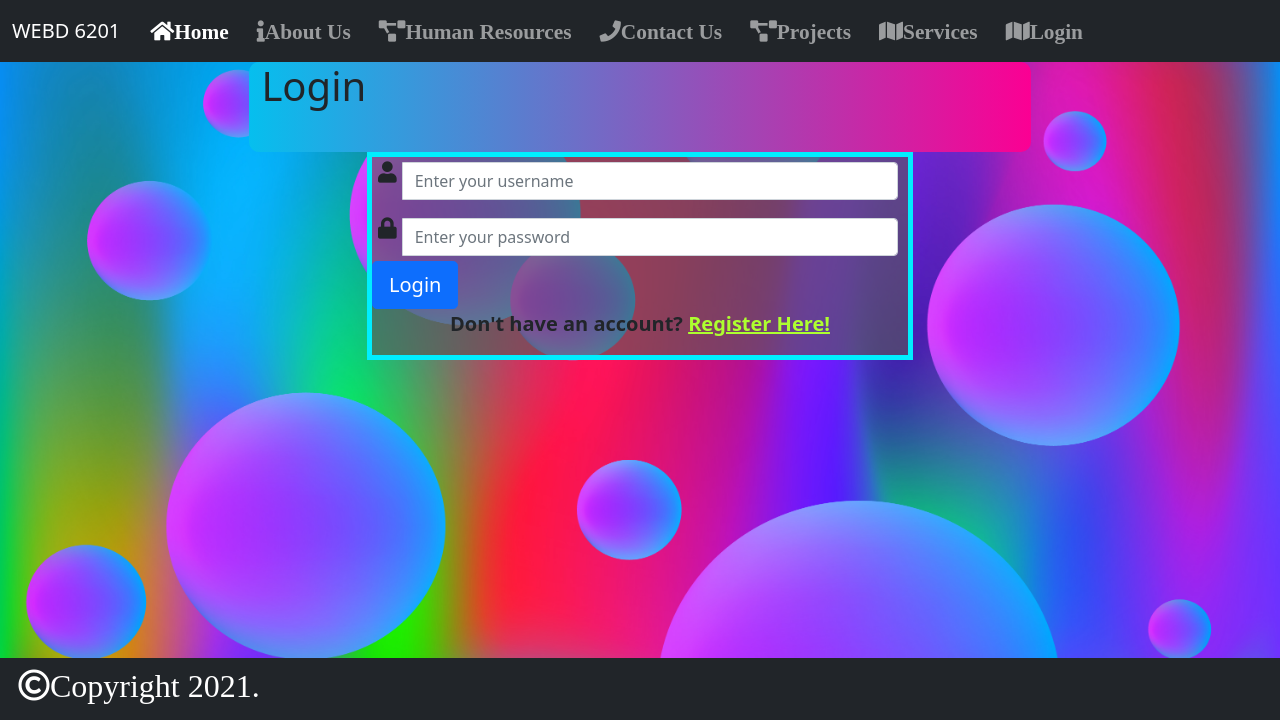
Repository: vans12345678/WEBD6201-W2021-Lab2
Page: login.html
An editor plug-in stored every save of this project. The page is shown before and after the next save, followed by the edit.
The browser window is 1280 px wide. The pictures show the whole page.

Above is the page before, as saved 2021-02-25 15:48:49.

### login.html
<!DOCTYPE html>
<html lang="en">
<head>
    <meta charset="UTF-8">
    <meta name="viewport" content="width=device-width, initial-scale=1.0">
    <title>Login</title>
    <!-- CSS Section -->
    <link rel="stylesheet" href="./node_modules/bootstrap/dist/css/bootstrap.min.css">
    <link rel="stylesheet" href="./node_modules/@fortawesome/fontawesome-free/css/all.min.css">
    <link rel="stylesheet" href="./Content/app.css">
</head>
<body class ="Vapor">
    <!-- Main Header -->
    <header>
        <!-- Main Navigation -->
        <nav class="navbar navbar-expand-lg navbar-dark bg-dark">
            <div class="container-fluid">
                <a id ="navHome" class="navbar-brand" href="index.html"></a>
                <button class="navbar-toggler" type="button" data-bs-toggle="collapse" data-bs-target="#navbarSupportedContent" aria-controls="navbarSupportedContent" aria-expanded="false" aria-label="Toggle navigation">
                  <span class="navbar-toggler-icon"></span>
                </button>
                <div class="collapse navbar-collapse" id="navbarSupportedContent">
                  <ul id = "ulNav" class="navbar-nav me-auto mb-2 mb-lg-0">
                    <li class="nav-item">
                      <a  class="nav-link active" aria-current="page" href="index.html"><i id ="navIndex"class = "fas fa-home fa-lg"></i></a>
                    </li>
                    <li class="nav-item" id ="navAbout">
                      <a  class="nav-link " aria-current="page" href="about.html"><i id ="navAboutItem"class = "fas fa-info fa-lg"></i></a>
                    </li>
                    <li class="nav-item">
                      <a  class="nav-link " aria-current="page" href="contact.html"><i id ="navContact"class = "fas fa-phone fa-lg"></i></a>
                    </li>
                    <li class="nav-item">
                      <a  class="nav-link" aria-current="page" href="projects.html"><i id ="navProjects" class ="fas fa-project-diagram fa-lg">Products</i></a>
                    </li>
                    <li class="nav-item">
                      <a  class="nav-link " aria-current="page" href="services.html"><i id ="navServices"class = "fas fa-map fa-lg"></i></a>
                    </li>
                    <li class="nav-item">
                      <a  class="nav-link " aria-current="page" href="login.html"><i id ="navLogin"class = "fas fa-map fa-lg"></i></a>
                    </li>
                  </ul>
                </div>
              </div>
          </nav>
    </header>

    <!-- Main Content -->
    <main class="container" id="mainContent">
        <h1 class = "container">Login</h1>
      <div class="row">
          <div class="offset-md-3 col-md-6 col-sm-4">
                <div class="login" id="contentArea"></div>
                    <div id = "messageArea"></div>
                    <form class = "fromBackground" id="loginForm" novalidate>
                      <div class="form-group mb-2">
                        <div class="input-group">
                          <span class="input-group-addon">
                            <i class="fa fa-user fa-lg">
                            </i>
                          </span>
                          <input type="text" class="form-control inputMargin" id="username" name="username"  required
                          value="" placeholder="Enter your username">
                        </div>
                      </div>
                      <div class="form-group">
                        <div class="input-group">
                          <span class="input-group-addon">
                            <i class="fa fa-lock fa-lg">
                            </i>
                          </span>
                          <input type="password" class="form-control inputMargin" id="password" name="password"  required
                          value="" placeholder="Enter your password">
                        </div>
                      </div>
                      <div class="text-right">
                        <button id="submitButton" type="submit" class="btn btn-primary btn-lg">Login</button>
                      </div>
                      <p class="text-center fs-5 fw-bold">
                        Don't have an account?
                        <a href="register.html">Register Here!</a>
                    </p>
                    </form>
                </div>

          </div>
      </div>
  </main>

    <!-- Main Footer -->
    <footer>
        <nav class="navbar fixed-bottom navbar-dark bg-dark">
            <div class="container-fluid">
                <h4><i id = "footer" class="far fa-copyright fa-lg site-footer"></i></h4>
            </div>
          </nav>
    </footer>
    <!-- Script Section -->
    <script src="./node_modules/jquery/dist/jquery.min.js"></script>
    <script src="./node_modules/bootstrap/dist/js/bootstrap.bundle.min.js"></script>
    <script src="./Scripts/app.js"></script>
</body>
</html>

### Content/app.css
/* custom css goes here */
.Vapor {
    background-image: url('../images/vapor.jpg');
    background-repeat: no-repeat;
    background-attachment: fixed;
    background-size: 100% 100%;
  }
  a {
    color: greenyellow;
  }
  .textFont
  {
    font-family: Arial, Helvetica, sans-serif;
    line-height: 32px;
  }
  body
  {
    background-color: rgb(90, 90, 90);
  }
  h1.container{
    border-radius: 10px;
    width: 70%;
    height: 90px;
    margin: 0px auto;
    background: linear-gradient(90deg,#06bfee,#fb0093)
  }
  h1.projects{
    background-color: white;
  }
  .contact-table{
    width: 100%;
    margin:  50px auto;
    background-color: white;
  }
  .contact-form
  {
    width: 100%;
    margin:  100px auto;
  }
  .warnMessage
  {
    width: 90%;
    margin:  50px;
  }
  .site-footer {
    color:white;
  }
  .formMargin
  {
    margin: 35px 70px;
  }
  .inputMargin
  {
    margin: 5px 10px;
  }

  .fromBackground
  {
    background-color: #5a5a5aa1;
    border: 5px solid rgb(0, 238, 255);

  }
  i{
    margin:7px 6px;
  }

### Scripts/app.js
/************************************************************
 * Name: Andre Agrippa, Michai Pryce
 * Date: 01/20/2021
 * Description: This file adds functionality to the Home,
 * About Us, Human Resources, Contact Us, Projects and Services
 * pages.
 * Date Completed:
 */

"use strict";


(function(){

    /**
     * Display Nav bar function to display nav and footer
     */
    function DisplayNav()
    {
        let navTextElement = document.getElementById("navHome").textContent = "WEBD 6201";
        navTextElement = document.getElementById("navIndex").textContent = "Home";
        navTextElement = document.getElementById("navAboutItem").textContent = "About Us";

        let navAboutElement = document.getElementById("navAbout");
        let hrListItem = document.createElement("li");
        hrListItem.setAttribute("id", "liHumanResources");
        hrListItem.setAttribute("class", "nav-item");
        let navbar = document.getElementById("ulNav").appendChild(hrListItem);
        hrListItem.innerHTML = `<a class="nav-link" aria-current="page" href="human-resources.html">
        <i id ="navHumanResources" class ="fas fa-project-diagram fa-lg">Human Resources</i></a>`;
        if(document.title === "Human Resources"){
            hrListItem.innerHTML = `<a class="nav-link active" aria-current="page" href="human-resources.html">
            <i id ="navHumanResources" class ="fas fa-project-diagram fa-lg">Human Resources</i></a>`;
        }

        navAboutElement.after(hrListItem);

        navTextElement = document.getElementById("navContact").textContent = "Contact Us";
        navTextElement = document.getElementById("navProjects").textContent = "Projects";
        navTextElement = document.getElementById("navServices").textContent = "Services";
        navTextElement = document.getElementById("navLogin").textContent = "Login";
        navTextElement = document.getElementById("footer").textContent = "Copyright 2021.";
    }

    /**
     * Display home to display index page
     */
    function displayHome()
    {
        DisplayNav();
        let introText = "This is a simple site to demonstrate the about, contact, human resources, projects and services requirements for Lab 1 WEBD 6201 - Client Side Scripting";
        let titleText = "Welcome to WEBD 6201";

        let introTextElement = document.getElementById("indexTitle").textContent = titleText;
        introTextElement = document.getElementById("indexParagraph").textContent = introText;

    }
    /**
     * Display about to display about the creators
     */
    function displayAbout()
    {
        DisplayNav();

        //About Andre
        let aboutElement = document.getElementById("aboutTitle").textContent = "About Us";
        aboutElement = document.getElementById("aboutAText");
        aboutElement.innerHTML = `<h1>Andre Agrippa:</h1>
        <p class = "">I'm a 2nd year student at Durham College in the Computer Programming and Analysis program. I've been
        coding for several years now because I enjoy it and always looking to improve in this aspect.</p>
        <a class = "fa-lg" href="./resumes/andre_resume.pdf" download>Resume Download</a></br></br>
        <img src="./images/aa.jpg" alt="" style="width:500px;height:450px;">`;

        //About Michai
        aboutElement.innerHTML += `<h1>Michai Pryce:</h1>
        <p class = ""> Hello, I am in my final year in the Computer Programming Program at Durham College. I love
        to code and learn about the evergrowing advancements in technology. This is the demonstration for our first lab!
        </p>
        <a class = "fa-lg" href="./resumes/Copy_of_Resume.docx" download>Resume Download</a></br></br>
        <img src="./images/m.jpg" alt="" style="width:500px;height:450px;">`;

    }
    /**
     * Display top 3 projects page
     */
    function displayProjects()
    {
        DisplayNav();

        //Projects 1
        let projectsElement = document.getElementById("projectsTitle").textContent = "Projects";
        projectsElement = document.getElementById("projectsText").innerHTML =
        `<h3>Project One: COBOL Item List</h3>
        <p>This project reads records from a .dat file, performs calculations on the data then outputs it to a .out file neatly formatted.</p>
        <img src="./images/p1.png" alt="" style="width:800px;height:500px;">`;

        //Projects 2
        projectsElement = document.getElementById("projectsText").innerHTML +=
        `<h3>Project Two: C#, XAML, MDF  Preferred Shares and Common Shares</h3>
        <p>This project uses XAML for the windows form and a database to keep track of common and preferred shares.
        The database keeps track of how many shares(common/preferred) are  available and validation is applied.</p>
        <img src="./images/p2.png" alt="" style="width:800px;height:500px;">`;

        //Projects 3
        projectsElement = document.getElementById("projectsText").innerHTML +=
        `<h3>Project Three: ASP.NET and MVC Framework Animal Shelter</h3>
        <p>This project is a web application that keeps track of animals, owners, appointment and login info in a database.
        Relational database concepts are applied.</p>
        <img src="./images/p3.png" alt="" style="width:800px;height:500px;">`;

    }
    /**
     * Display top 3 services page
     */
    function displayServices()
    {
        DisplayNav();

        //Services 1
        let servicesElement = document.getElementById("servicesTitle").textContent = "Services";
        servicesElement = document.getElementById("servicesText").innerHTML =
        `<h3>Web Development:</h3>
        <p>We offer a variety of different web development (Front-end, Back-end, Databases). Languages (PHP, ASP.NET, JavaScript)</p>
        <img src="./images/s1.jpg" alt="" style="width:800px;height:500px;">`;

        //Services 2
        servicesElement = document.getElementById("servicesText").innerHTML +=
        `<h3>OOP Programming</h3>
        <p>We offer a variety of different Object Oriented Programming. We're experienced with C#, C++, Java etc.
        Whether it be windows forms applications, console applications GUI, etc.</p>
        <img src="./images/s2.png" alt="" style="width:800px;height:500px;">`;

        //Services 3
        servicesElement = document.getElementById("servicesText").innerHTML +=
        `<h3>Database Management System</h3>
        <p>It's been almost 3 years since we've had experience in database development. We've used software such as
        Microsoft SQL Server and PgAdmin4. Experienced with relational database concepts.</p>
        <img src="./images/s3.jpg" alt="" style="width:800px;height:500px;">`;


    }
    /**
     * Display contact form page
     */
    function displayContact()
    {
        DisplayNav();

        let messageArea = document.getElementById("messageArea");
        messageArea.hidden = true;

        //form validation
        let fullName = document.getElementById("fullName");
        fullName.addEventListener("blur", function()
        {
            if(fullName.value.length < 2)
            {
                fullName.focus();
                fullName.select();
                messageArea.hidden = false;
                messageArea.className = "alert alert-danger  ";
                messageArea.textContent = "Please enter an appropriate name > 2 characters";
            }
            else
            {
                messageArea.removeAttribute("class");
                messageArea.hidden = true;
            }
        });
            let sendButton = document.getElementById("sendButton");
            sendButton.addEventListener("click", function(event)
            {
                event.preventDefault();
                // //Displays twice?

                let contact = new Contact(fullName.value,contactNumber.value, emailAddress.value, shortMessage.value);

                console.log(contact.serialize());
                if(contact.serialize())
                {
                    localStorage.setItem((localStorage.length + 1).toString(),contact.serialize());

                    window.location.href = "index.html";
                }

            });

    }
    /**
     * Human resources page
     */
    function displayHumanResources()
    {
        DisplayNav();
    }
    function displayLogin()
    {
        DisplayNav();
    }
    function displayRegister()
    {
        DisplayNav();
    }

    /**
     * Start function, depending on document title will load specific page
     */
    function Start()
    {
        console.log("App Started...");

        //Based of title of html
        switch(document.title)
        {
            case "Index":
                displayHome();
                break;
            case "About Us":
                displayAbout();
                break;
            case "Projects":
                displayProjects();
                break;
            case "Services":
                displayServices();
                break;
            case "Contact Us":
                displayContact();
                break;
            case "Contact-List":
                displayContactList();
                break;
            case "Human Resources":
                displayHumanResources();
                break;
            case "Login":
                displayLogin();
                break;
            case "Register":
                displayRegister();
                break;
        }


    }

    window.addEventListener("load", Start);

})();

Loaded but not shown: node_modules/bootstrap/dist/css/bootstrap.min.css (library); node_modules/@fortawesome/fontawesome-free/css/all.min.css (library); node_modules/jquery/dist/jquery.min.js (library); node_modules/bootstrap/dist/js/bootstrap.bundle.min.js (library)

After the next save:
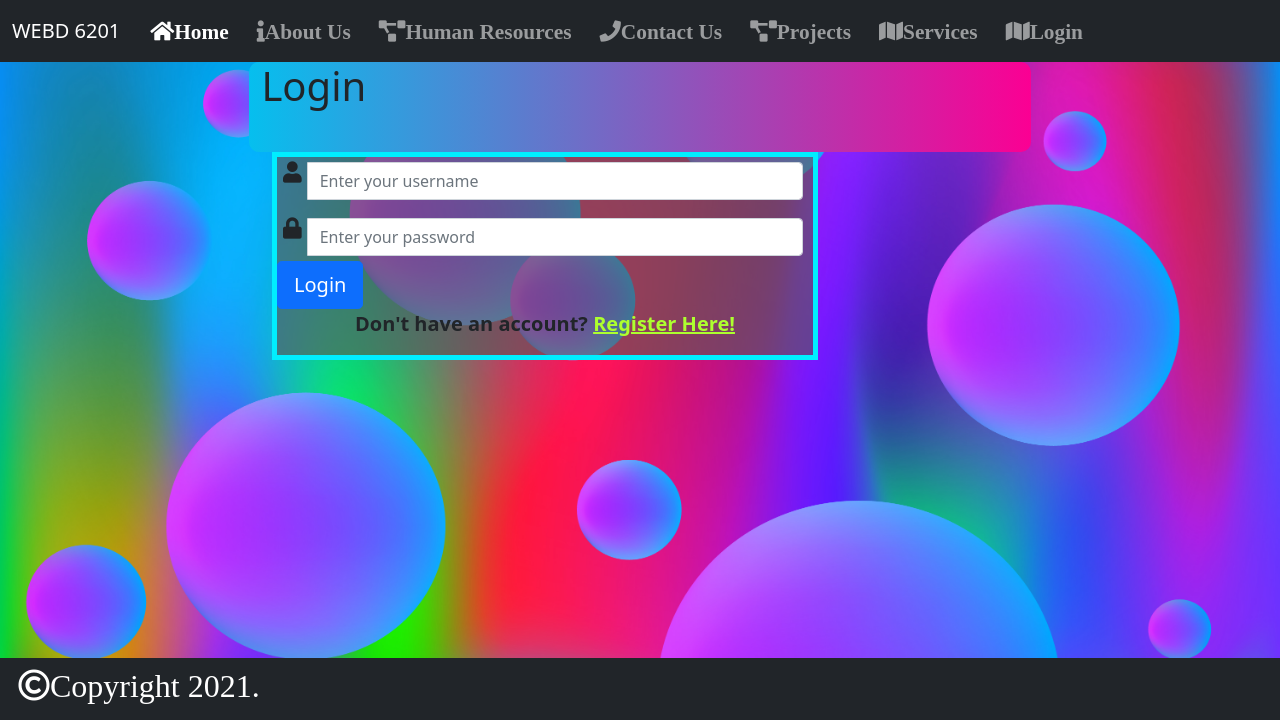
Saved 8 s later.
--- a/login.html
+++ b/login.html
@@ -49,7 +49,7 @@
     <main class="container" id="mainContent">
         <h1 class = "container">Login</h1>
       <div class="row">
-          <div class="offset-md-3 col-md-6 col-sm-4">
+          <div class="offset-md-2 col-md-6 col-sm-12">
                 <div class="login" id="contentArea"></div>
                     <div id = "messageArea"></div>
                     <form class = "fromBackground" id="loginForm" novalidate>

After the save that followed:
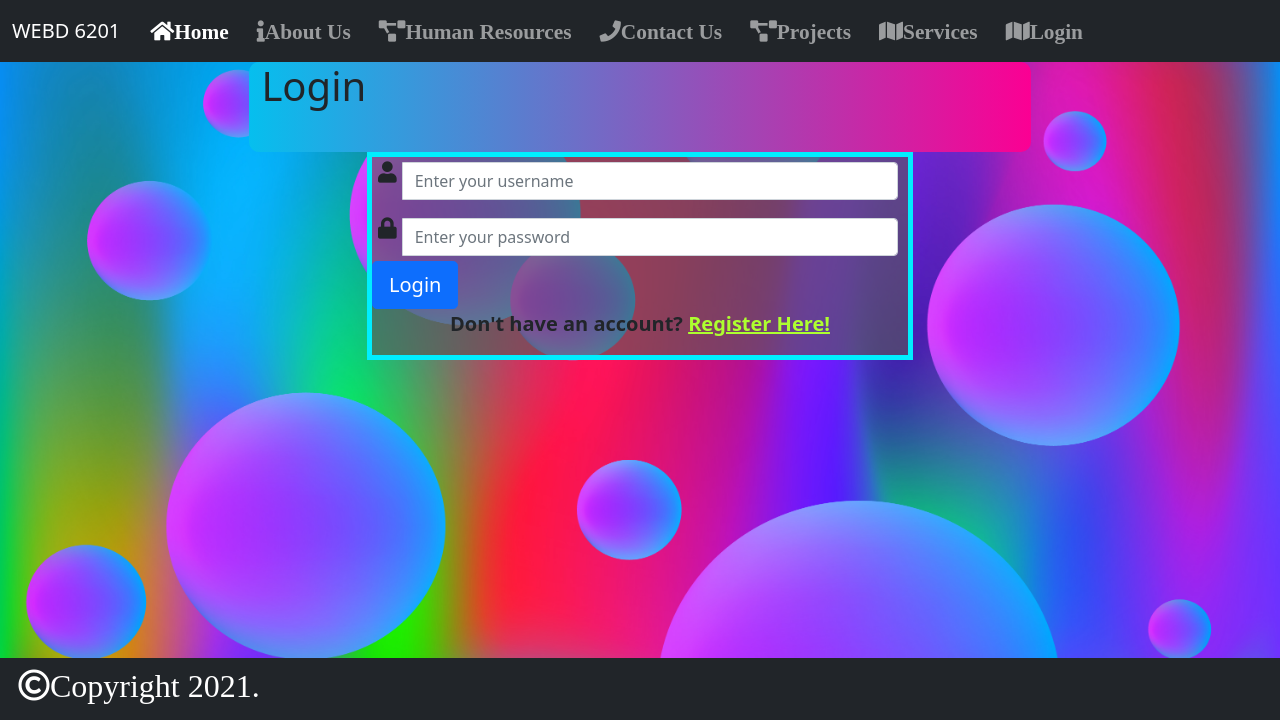
Saved 6 s later.
--- a/login.html
+++ b/login.html
@@ -49,7 +49,7 @@
     <main class="container" id="mainContent">
         <h1 class = "container">Login</h1>
       <div class="row">
-          <div class="offset-md-2 col-md-6 col-sm-12">
+          <div class="offset-md-3 col-md-6 col-sm-12">
                 <div class="login" id="contentArea"></div>
                     <div id = "messageArea"></div>
                     <form class = "fromBackground" id="loginForm" novalidate>
